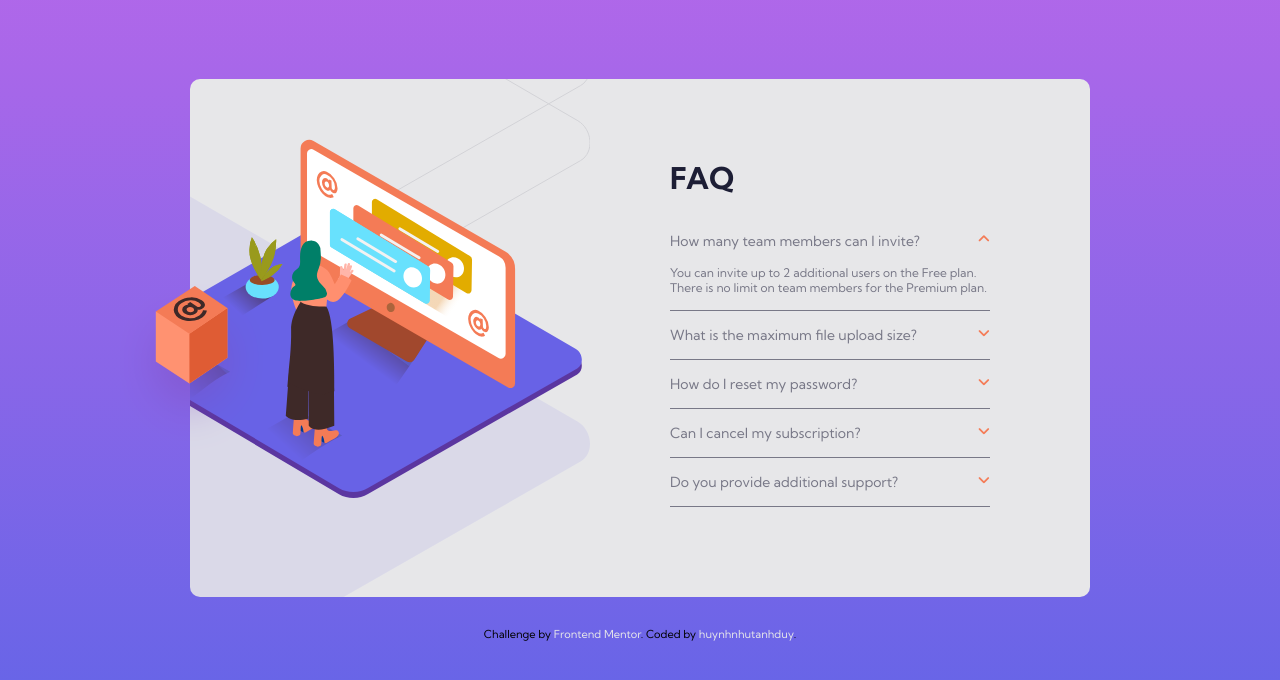
Repository: huynhnhutanhduy/faq-accordion-card
Page: index.html
These files come from the project's save history. The page is drawn as it stood at one moment and after the next save; the edit follows.
The browser window is 1280 px wide. The pictures show the whole page.
After loading, the first visible `div.card-item__header` was clicked once.

Above is the page before, as saved 2022-10-21 20:41:05.

After the next save:
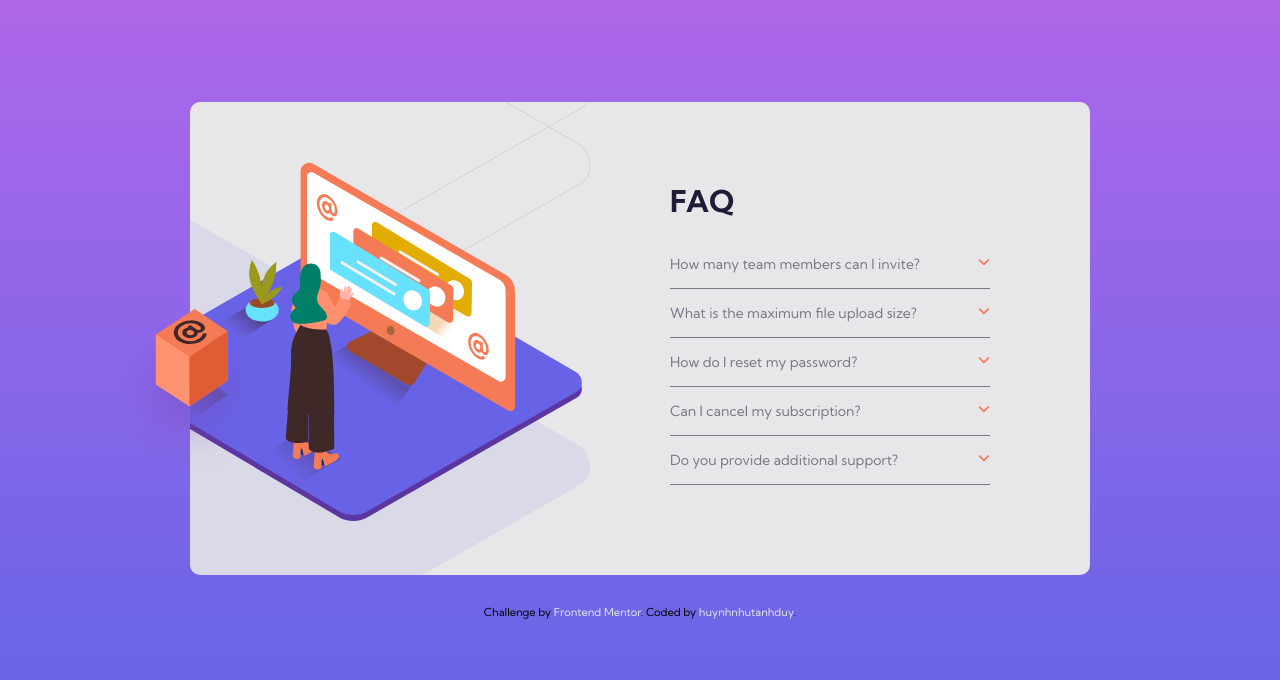
Saved 6 s later.
--- a/app.js
+++ b/app.js
@@ -5,9 +5,4 @@
   const content = e.target.nextElementSibling;
   console.log(content.scrollHeigh);
   console.log(content.style.height);
-  content.style.height = content.scrollHeight;
-  content.classList.toggle("is-active");
-
-  icon.classList.toggle("fa-angle-down");
-  icon.classList.toggle("fa-angle-up");
 }

After the 4 saves that followed:
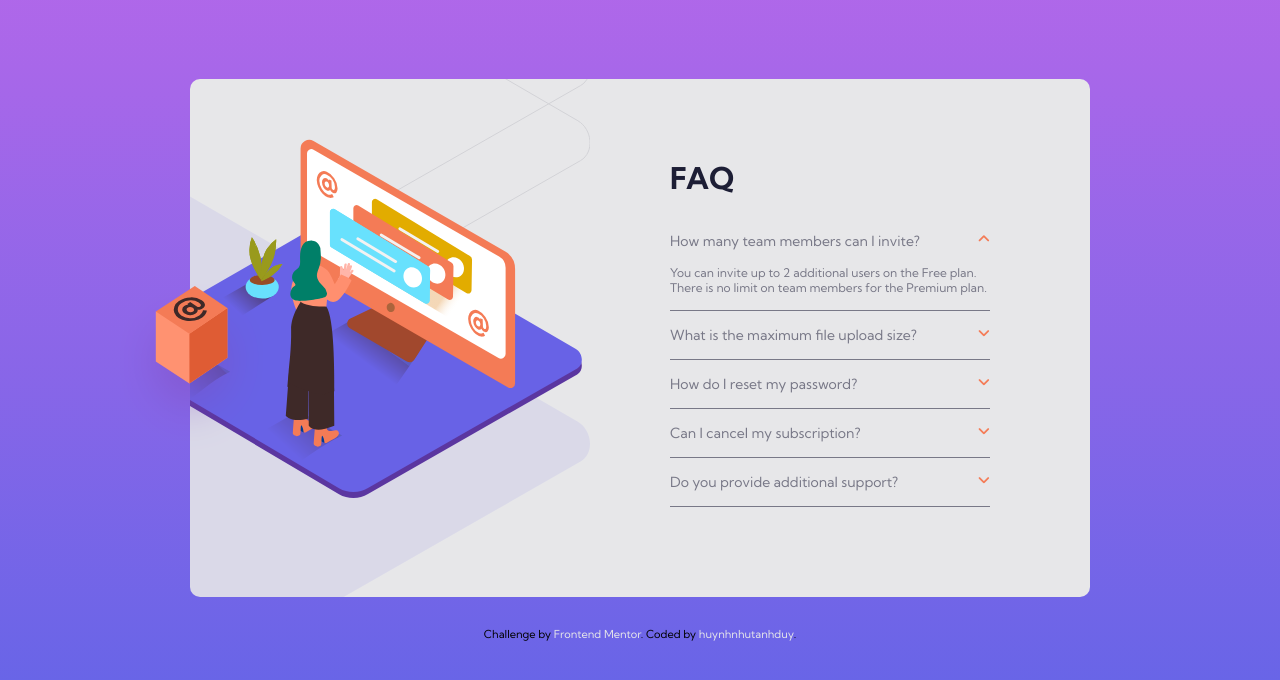
The 4 saves are shown as one change because 3 left the picture as it was.
The last was saved 3 min 33 s later.
--- a/app.js
+++ b/app.js
@@ -3,6 +3,11 @@
 [...header].forEach((item) => item.addEventListener("click", handleClick));
 function handleClick(e) {
   const content = e.target.nextElementSibling;
-  console.log(content.scrollHeigh);
   console.log(content.style.height);
+  console.log(content.offsetHeight);
+  // content.style.height = content.scrollHeight;
+  content.classList.toggle("is-active");
+
+  icon.classList.toggle("fa-angle-down");
+  icon.classList.toggle("fa-angle-up");
 }
